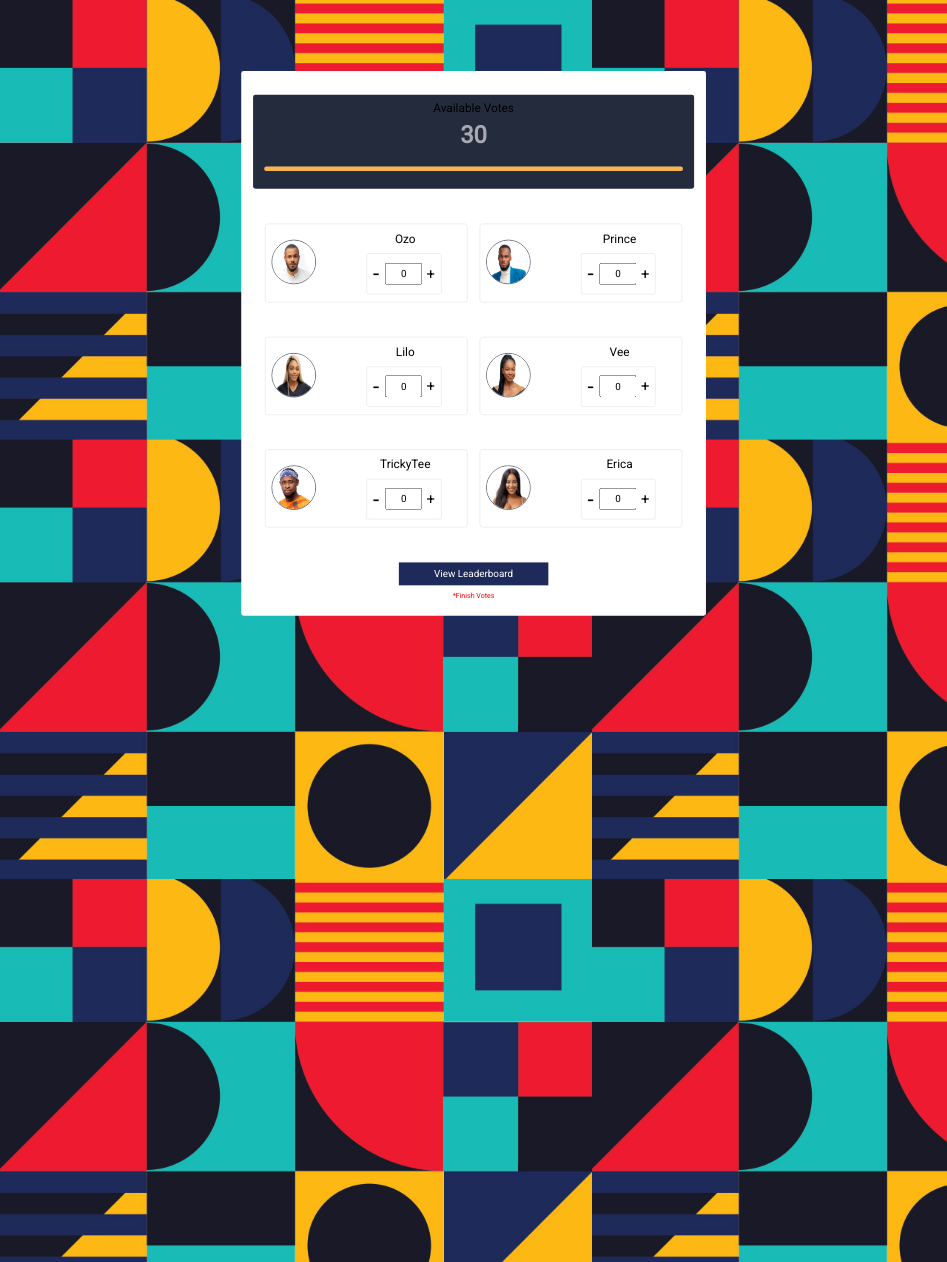
Repository: Eredun/bbn-voting
Page: index.html
The author's editor kept a copy of each file at every save. The page is drawn from the files as they stood at one save, then again after the next save.
The browser window is 1280 px wide. The pictures show the whole page, at 74% of full size.

Above is the page before, as saved 2020-08-22 10:35:56.

### index.html
<!DOCTYPE html>
<html lang="en">
  <head>
    <meta charset="UTF-8" />
    <meta name="viewport" content="width=device-width, initial-scale=1.0" />
    <title>Bbn voting system</title>
    <link rel="stylesheet" href="./style.css" />
    <link
      href="https://fonts.googleapis.com/css2?family=Roboto&display=swap"
      rel="stylesheet"
    />
  </head>
  <body>
    <div class="container">
      <div class="card">
        <div class="panel">
          <span>Available Votes</span>
          <h1 class="total-marks"></h1>
          <div class="progressbar">
            <div class="progress"></div>
          </div>
        </div>
        <div class="user-card">
          <div class="user">
            <div class="user-img">
              <img src="./img/Ozo.jpg" alt="Ozo">
            </div>
            <div class="user-info">
              <span class="username">Ozo</span>
              <div class="vote-container">
                <button class="minus">-</button>
                <!-- <span class="votes">0</span> -->
                <input type="tel" name="votes" class="votes" value="0">
                <button class="plus">+</button>
              </div>
            </div>
          </div>
          <div class="user">
            <div class="user-img">
              <img src="./img/Prince.jpg" alt="Prince">
            </div>
            <div class="user-info">
              <span class="username">Prince</span>
              <div class="vote-container">
                <button class="minus">-</button>
                <!-- <span class="votes">0</span> -->
                <input type="tel" name="votes" class="votes" value="0">
                <button class="plus">+</button>
              </div>
            </div>
          </div>
          <div class="user">
            <div class="user-img">
              <img src="./img/Lilo.jpg" alt="Lilo">
            </div>
            <div class="user-info">
              <span class="username">Lilo</span>
              <div class="vote-container">
                <button class="minus">-</button>
                <!-- <span class="votes">0</span> -->
                <input type="tel" name="votes" class="votes" value="0">
                <button class="plus">+</button>
              </div>
            </div>
          </div>
          <div class="user">
            <div class="user-img">
              <img src="./img/Vee.jpg" alt="Vee">
            </div>
            <div class="user-info">
              <span class="username">Vee</span>
              <div class="vote-container">
                <button class="minus">-</button>
                <!-- <span class="votes">0</span> -->
                <input type="tel" name="votes" class="votes" value="0">
                <button class="plus">+</button>
              </div>
            </div>
          </div>
          <div class="user">
            <div class="user-img">
              <img src="./img/TrikyTee.jpg" alt="Tricky" />
            </div>
            <div class="user-info">
              <span class="username">TrickyTee</span>
              <div class="vote-container">
                <button class="minus">-</button>
                <!-- <span class="votes">0</span> -->
                <input type="tel" name="votes" class="votes" value="0">
                <button class="plus">+</button>
              </div>
            </div>
          </div>
          <div class="user">
            <div class="user-img">
              <img src="./img/Erica.jpg" alt="" />
            </div>
            <div class="user-info">
              <span class="username">Erica</span>
              <div class="vote-container">
                <button class="minus">-</button>
                <!-- <span class="votes">0</span> -->
                <input type="tel" name="votes" class="votes" value="0">
                <button class="plus">+</button>
              </div>
            </div>
          </div>
        </div>

        <div class="redirect">
          <button class="view">View Leaderboard</button>
          <span class="error">*Finish Votes</span>
        </div>
      </div>
      <div class="leaderboard">
        <div class="card">
          <h2>Leaderboard</h2>

          <div class="user-info">
            <div class="user">
              <div class="user-img">
                <img src="" alt="" />
              </div>
              <div class="user-text">
                <p class="username"></p>
                <div class="marks">
                  <span></span>
                </div>
              </div>
            </div>
            <div class="user">
              <div class="user-img">
                <img src="" alt="" />
              </div>
              <div class="user-text">
                <p class="username"></p>
                <div class="marks">
                  <span></span>
                </div>
              </div>
            </div>
            <div class="user">
              <div class="user-img">
                <img src="" alt="" />
              </div>
              <div class="user-text">
                <p class="username"></p>
                <div class="marks">
                  <span></span>
                </div>
              </div>
            </div>
            <div class="user">
              <div class="user-img">
                <img src="" alt="" />
              </div>
              <div class="user-text">
                <p class="username"></p>
                <div class="marks">
                  <span></span>
                </div>
              </div>
            </div>
            <div class="user">
              <div class="user-img">
                <img src="" alt="" />
              </div>
              <div class="user-text">
                <p class="username"></p>
                <div class="marks">
                  <span></span>
                </div>
              </div>
            </div>
            <div class="user">
              <div class="user-img">
                <img src="" alt="" />
              </div>
              <div class="user-text">
                <p class="username"></p>
                <div class="marks">
                  <span></span>
                </div>
              </div>
            </div>
          </div>
          <div class="redirect">
            <button class="back">Back To Vote</button>
            <div class="userEviction">
              <p></p>
            </div>
          </div>
        </div>
      </div>
    </div>
    <script src="./app.js"></script>
  </body>
</html>

### style.css
* {
    padding: 0;
    margin: 0;
    box-sizing: border-box;
    outline-style: none;
    font-family: 'Roboto', sans-serif;
}

body {
    background: url("./img/image.png");
    width: 100%;
    background-repeat: repeat;
}

span, p {
    font-size: 16px !important;
}

button {
    cursor: pointer;
}

.container {
    width: 98%;
    margin: 0 auto;
    overflow: hidden;
}

.card {
    height: auto;
    width: 50%;
    background: #fff;
    border-radius: .2rem;
    padding: 16px 16px 6.4px 16px;
    margin: 96px auto;
}

.panel {
    padding: .5rem 0;
    margin: 1rem auto;
    background: #232B3D;
    border-radius: .2rem;
    text-align: center;
}

.votes {
    /* color: ; */
    display: block;
    margin: 10px 0;
    width: 50px;
    height: 30px;
    font-weight: 500;
    text-align: center;
}

.panel h1 {
    color: #fff;
    opacity: 60%;
    padding: .5rem 0;
}

.panel .progressbar {
    width: 95%;
    height: .4rem;
    margin: 1rem auto;
    background: #3B4558;
    border-radius: 1.5rem;
}

.progressbar .progress {
    width: 100%;
    height: 100%;
    background: #F7B354;
    border-radius: inherit;
    box-shadow: 0px, 4px rgba(0, 0, 0, 0.25);
    transition: width linear .4s;
}

/* User card styling */

.user {
    border: 1px solid rgb(233, 233, 233);
    height: auto;
    border-radius: 4px;
    display: flex;
    margin: 15px 0;
}

.user-card {
    width: 100%;
    padding: 1rem;
    display: grid;
    grid-template-columns: repeat(2, 1fr);
    grid-gap: 1rem;
}



.user .user-img {
    width: 50%;

    padding: .5rem;
}

.user-img img {
    display: block;
    height: 60px;
    width: 60px;
    border: 1px solid #3B4558;
    border-radius: 50%;
    margin-top: 13px;
}

.user-info {
    display: flex;
    align-items: center;
    justify-content: center;
    flex-direction: column;
}

/* .user-info span {
    font-size: 2rem;
    display: block;
} */

.username {
    font-size: 20px;
    margin: 10px 0;
}

.vote-container {
    border: 1px solid rgb(233, 233, 233);
    display: flex;
    align-items: center;
    align-content: center;
    justify-content: space-between;
    border-radius: .2rem;
    padding: .1rem .5rem;
    margin: 0 .2rem 10px 0;
}

.vote-container button {
    border: none;
    background: none;
    /* margin: 0 .4rem; */
}

.plus {
    font-size: 20px;
    margin-left: 6px;

}

 .minus {
    font-size: 30px;
    margin-right: 8px;
}

.redirect {
    margin: 1rem auto;
    text-align: center;
}

.redirect button {
    border: none;
    color: #fff;
    background: #1E2A5A;
    padding: .5rem 3rem;
}

.redirect span {
    font-size: .6rem !important;
    display: block;
    margin: .5rem 0;
    color: red;
    font-weight: 500;
}

.error {
    display: hidden;
}

/* Leaderboard Styling */

.leaderboard {
    width: 50%;
    background: rgba(51, 51, 51, 0.644);
    border-radius: .2rem;
    padding: 1rem 1rem .4rem 1rem;
    /* position: fixed;
    top: 0;
    left: 0;
    right: 0;
    bottom: 0; */
    width: 100%;
    height: 100%;
    opacity: 0;
    pointer-events: none;
    transition: all linear .4s;
}

.leaderboard h2 {
    text-align: center;
    color: #26282c;
    font-size: 1rem;
    margin: 2rem auto;
}

.leaderboard .user-info {
    display: grid;
    grid-template-columns: repeat(2, 1fr);
    grid-gap: 1rem;
}

.leaderboard .user-info .user {
    border-radius: none !important;
    display: flex;
    align-items: center;
    justify-content: space-between;
    padding: 0 .5rem;
}

.leaderboard p {
    font-size: 13px !important;
    padding: 0 .2rem;
}

.leaderboard .user-text {
    display: flex;
    align-items: center;
}

.leaderboard .marks {
    height: 2rem;
    width: 2rem;
    background: #1E2A5A;
    border-radius: 50%;
    text-align: center;
}

.marks span {
    display: block;
    line-height: 30px;
    color: white;
}

.leaderboard .userEviction p {
    margin: 1rem 0;
    color: #18BBB6;
    font-size: 13px !important;
    font-weight: 500;
}

/* Media queries */


@media (max-width:998px){
    .input-votes{
        width: 80%;
        display: flex;
        flex-direction: column;
    }

    .input-votes button{
        width: 98%;
        margin: .4rem auto;
    }
}
@media(max-width:790px) {
    p, span {
        font-size: 12px !important;
    }
    .user-card {
        display: block;
        margin: 1rem 0;
    }
  .user-card  .user {
        align-items: center;
        justify-content: space-between;
        padding: .5rem 2rem;
    }
    .user-text .username{
       padding: 0 .6rem;
    }
    .container .card{
        width: 95% !important;
    }
    .user {
        margin: 1rem 0;
    }
    .leaderboard .user-info {
        display: block;
    }
}



@media (max-width:460px){
    .input-votes{
        width: 100%;
    }
}

### app.js


const getContestants = () => {
  const strHousemates = localStorage.getItem('housemates');

  if (!strHousemates) {
    return [];
  } else {
    return JSON.parse(strHousemates);
  }
}
// const newContestants = getContestants();




let housemates = [
  {
    name: 'Ozo',
    votes: 0,
  },
  {
    name: 'Prince',
    votes: 0
  },
  {
    name: 'Lilo',
    votes: 0
  },
  {
    name: 'Vee',
    votes: 0
  },
  {
    name: 'TrickyTee',
    votes: 0
  },
  {
    name: 'Erica',
    votes: 0
  }
];

let votes = 30;
let totalVotes = 30

const minusBtn = document.querySelectorAll(".minus");
const addBtn = document.querySelectorAll(".plus");
const inputVotes = document.querySelectorAll(".votes");
const progressBar = document.querySelector('.progress');
const btn = document.querySelector('.view');
console.log(inputVotes);

let votesCounter = (document.querySelector(".total-marks"));
votesCounter.textContent = votes

console.log(votesCounter);

const subTotalVotes = () => {
  if (votes === 0) {
    votes = 0;
  } else {
    votes -= 1;
  }
  votesCounter.textContent = votes;

};

const subVotes = () => {
  votes -= 1
  votesCounter.textContent = votes;
}

const addVotes = () => {
  votes += 1;
  votesCounter.textContent = votes;
}


for (let i = 0; i < addBtn.length; i++) {
  addBtn[i].addEventListener('click', e => {
    if (votes === 0) {
      inputVotes[i].value = inputVotes[i].value;
    } else if (votes < 1) {
      console.log(housemates);
    }
    else {
      // console.log('Hello');
      subVotes();
      inputVotes[i].value++;
      let calc = 100 - ((totalVotes - votes) / totalVotes * 100);
      // console.log(calc);
      progressBar.style.width = `${calc}%`;
      housemates[i].votes = parseInt(inputVotes[i].value);
      localStorage.setItem('housemates', JSON.stringify(housemates));
    }
  })
}


for (let i = 0; i < minusBtn.length; i++) {
  minusBtn[i].addEventListener('click', e => {
    if (parseInt(inputVotes[i].value) === 0) {
      inputVotes[i].value = 0
      // console.log(inputVotes[i].value);
    } else {
      addVotes();
      inputVotes[i].value--
      let calc = 100 - ((totalVotes - votes) / totalVotes * 100);
      // console.log(calc);
      progressBar.style.width = `${calc}%`;
      housemates[i].votes = parseInt(inputVotes[i].value);
    }
    // console.log(housemates);
  })
}

btn.addEventListener('click', e => {
  if (votesCounter.textContent <= 0) {
    let newContestants = getContestants();
    console.log(newContestants);
  } else {

  }
})












































// class System {
//   constructor() {
//     this.votes = 30;
//     this.totalVotes = 30
//     this.remainingVotes = this.totalVotes - this.votes;
//     this.minusBtn = document.querySelectorAll(".minus");
//     this.addBtn = document.querySelectorAll(".plus");
//     this.inputVotes = document.querySelectorAll(".votes");
//     this.progressBar = document.querySelector('.progress');
//     this.votesCounter = (document.querySelector(".total-marks"));
//     votesCounter.textContent = votes;
//     this.housemates = [
//       {
//         name: 'Ozo',
//         votes: 0,
//       },
//       {
//         name: 'Prince',
//         votes: 0
//       },
//       {
//         name: 'Lilo',
//         votes: 0
//       },
//       {
//         name: 'Vee',
//         votes: 0
//       },
//       {
//         name: 'TrickyTee',
//         votes: 0
//       },
//       {
//         name: 'Erica',
//         votes: 0
//       }
//     ];
//   }
//   subTotalVotes() {
//     if (this.votes === 0) {
//       this.votes = 0;
//     } else {
//       this.votes -= 1;
//     }
//     votesCounter.textContent = this.votes;
//   };
//   subVotes() {
//     if (votes === 0) {
//       this.votes = 0
//     } else {
//       this.votes -= 1
//       console.log(this.votes);
//     }
//     votesCounter.textContent = this.votes;
//   }
//   getVoteIncrement() {
//     for (let i = 0; i < addBtn.length; i++) {
//       this.addBtn[i].addEventListener('click', e => {
//         if (this.votes === 0) {
//           this.inputVotes[i].value = this.inputVotes[i].value;
//           console.log(this.housemates);
//         } else {
//           console.log('Hello');
//           this.subVotes();
//           console.log('New votes:', this.votes);
//           this.inputVotes[i].value++;
//           let calc = 100 - (this.totalVotes - this.votes)/this.totalVotes * 100;
//           console.log(calc);
//           console.log('remain: ', this.remainingVotes);
//           progressBar.style.width = `${calc}%`;
//           this.housemates[i].votes = parseInt(this.inputVotes[i].value);
//           localStorage.setItem('housemates', JSON.stringify(this.housemates));

//           console.log(this.housemates);
//         }
//       })
//     }
//     return this.housemates;
//   }
// }

// window.addEventListener('DOMContentLoaded', e => {

//   const voteSystem = new System();
//   console.log(voteSystem.getVoteIncrement());
//   console.log(voteSystem.housemates);


// })
// window.addEventListener('click', e => {
//   voteS = new System();

After the next save:
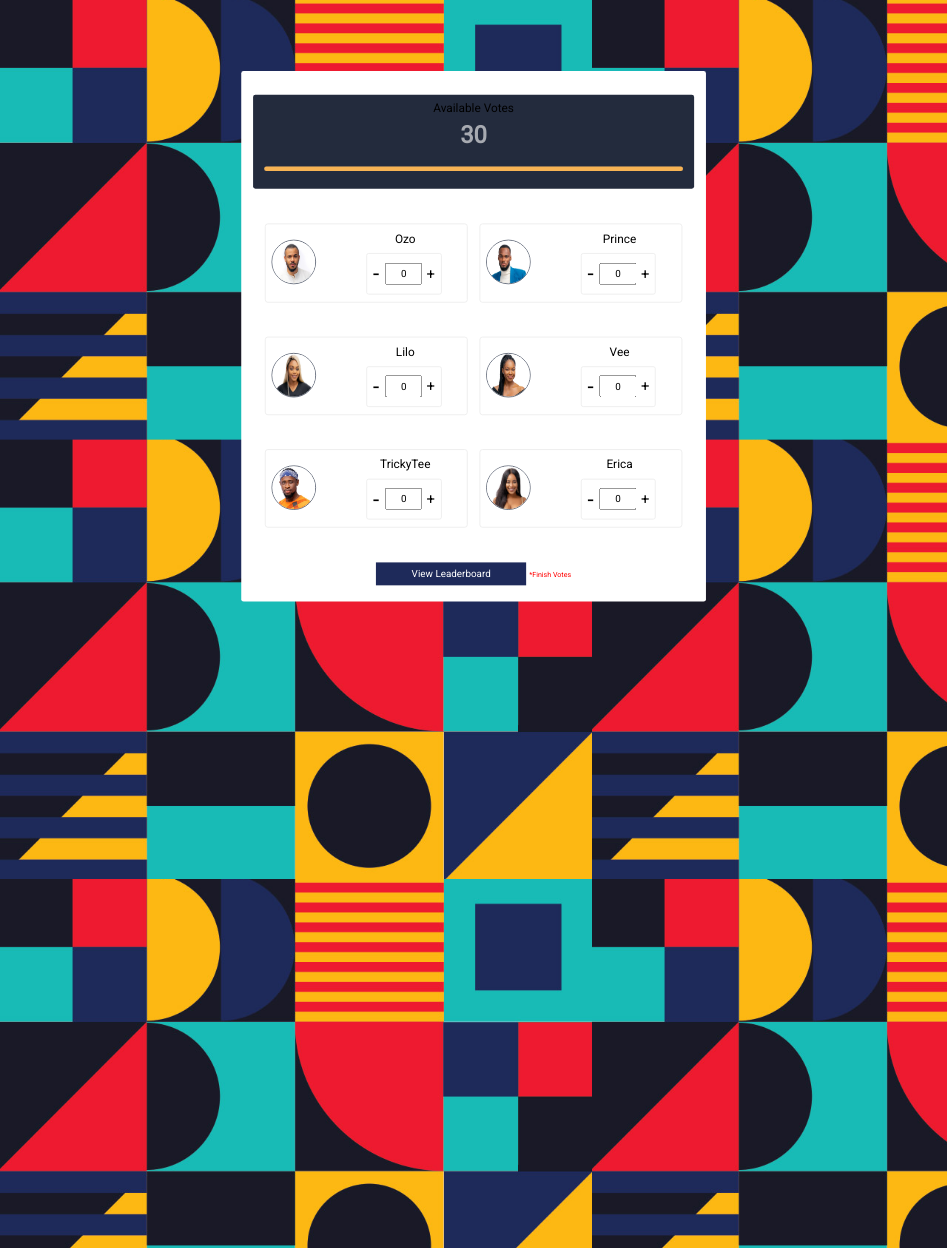
Saved 16 s later.
--- a/style.css
+++ b/style.css
@@ -170,7 +170,7 @@
 
 .redirect span {
     font-size: .6rem !important;
-    display: block;
+    /* display: block; */
     margin: .5rem 0;
     color: red;
     font-weight: 500;

After the save that followed:
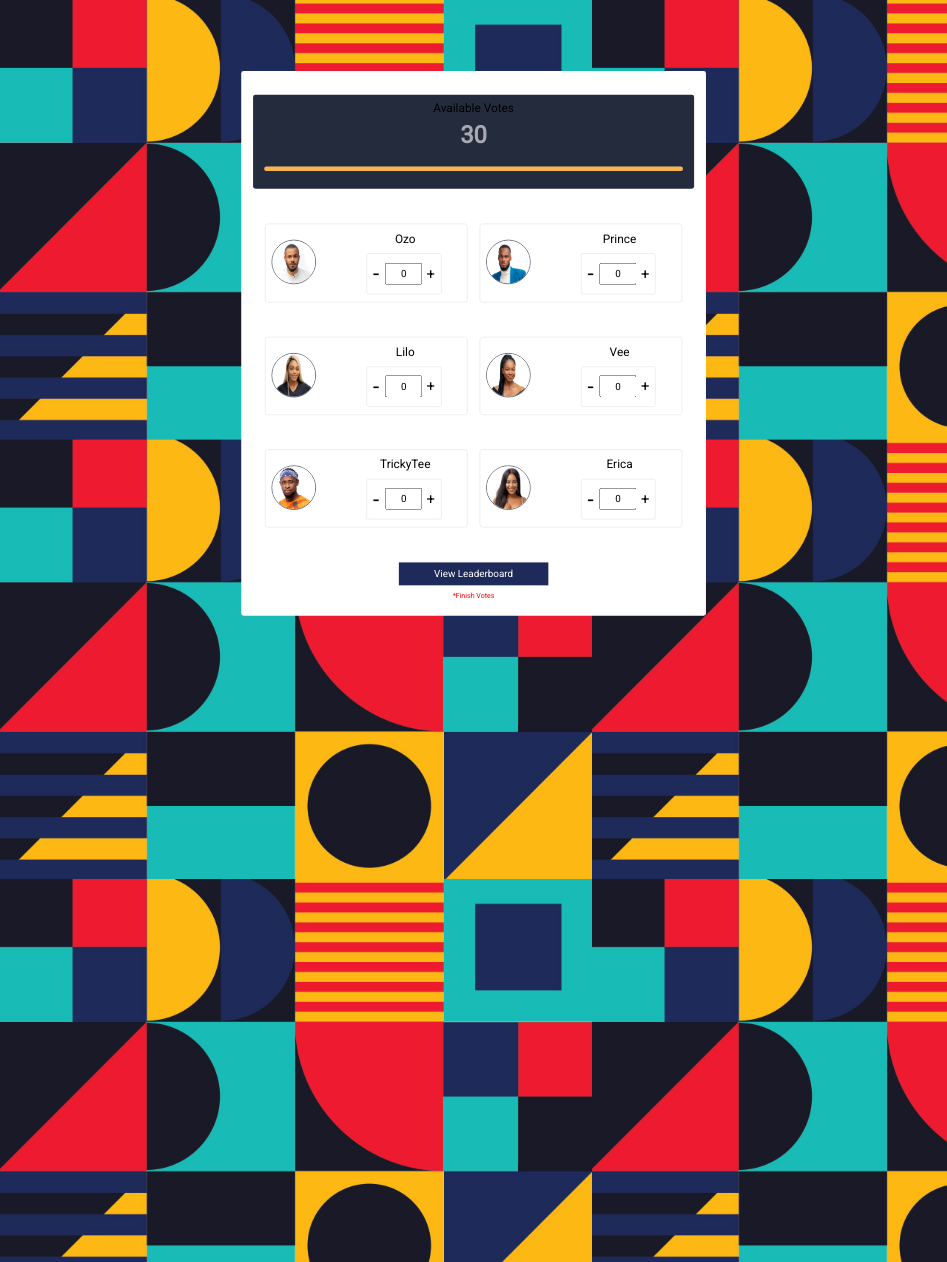
Saved 9 s later.
--- a/style.css
+++ b/style.css
@@ -170,7 +170,7 @@
 
 .redirect span {
     font-size: .6rem !important;
-    /* display: block; */
+    display: block;
     margin: .5rem 0;
     color: red;
     font-weight: 500;
